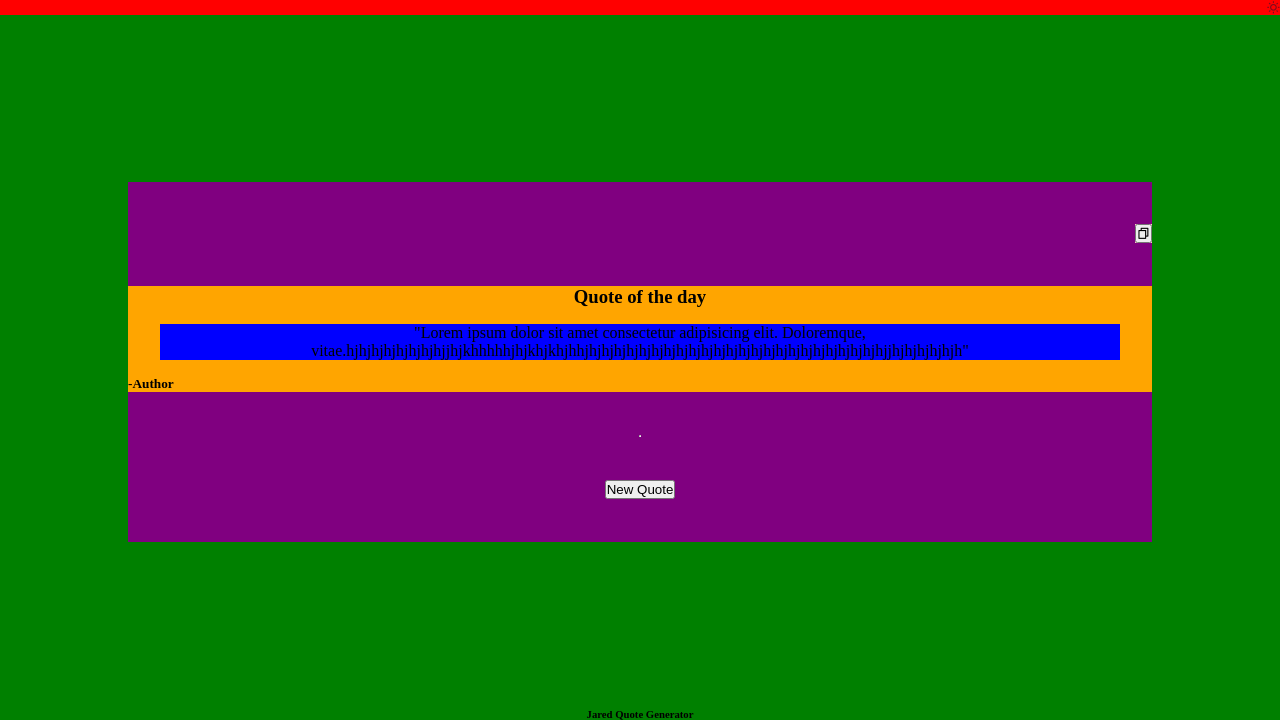
Repository: EguJaredoBoyd/Jared-Quote-Generator
Page: html/main.html
These files come from the project's save history. The page is drawn as it stood at one moment and after the next save; the edit follows.
The browser window is 1280 px wide. The pictures show the whole page.
Some web libraries are served in a nearby version.

Above is the page before, as saved 2026-01-09 00:57:47.

### html/main.html
<!DOCTYPE html>
<html lang="en">
  <head>
    <meta charset="UTF-8" />
    <meta name="viewport" content="width=device-width, initial-scale=1.0" />
    <link rel="stylesheet" href="../css/style.css" />
    <script src="../js/main.js" defer></script>
    <link
      href="https://cdn.jsdelivr.net/npm/remixicon@4.8.0/fonts/remixicon.css"
      rel="stylesheet"
    />
    <title>Document</title>
  </head>
  <body>
    <div class="container">
      <header>
        <button><i class="ri-sun-line"></i></button>
      </header>
      <main>
        <div class="quote-container">
          <div class="quote-container__copy">
            <button><i class="ri-file-copy-line"></i></button>
          </div>
          <div class="quote-container__quotes">
            <h3>Quote of the day</h3>
            <p>
              "Lorem ipsum dolor sit amet consectetur adipisicing elit.
              Doloremque,
              vitae.hjhjhjhjhjhjhjhjjhjkhhhhhjhjkhjkhjhhjhjhjhjhjhjhjhjhjhjhjhjhjhjhjhjhjhjhjhjhjhjhjhjhjjhjhjhjhjhjh"
            </p>
            <div>
              <h5>-Author</h5>
            </div>
          </div>
          <hr />
          <div>
            <button>New Quote</button>
          </div>
        </div>
      </main>
      <footer>
        <div>
          <h6>Jared Quote Generator</h6>
        </div>
      </footer>
    </div>
  </body>
</html>

### css/style.css
* {
  margin: 0;
  padding: 0;
  box-sizing: border-box;
}

:root {
  --background-color: #7b0d1e;
  --card-color: #f8e5ee;
  --text-color: black;
  --button-color: var(--background-color);
}

html {
  font-size: 16px;
}

.lighter-theme {
  --background-color: var(--card-color);
  --card-color: var(--background-color);
  --text-color: var(--text-color);
  --button-color: var(--button-color);
}

.container {
  background-color: green;
  height: 100vh;
  display: flex;
  flex-direction: column;
  justify-content: space-between;
  align-items: center;
}

header {
  display: flex;
  justify-content: flex-end;
  background-color: red;
  width: 100%;
}

header button {
  border: none;
  background: none;
  color: var(--button-color);
}

.quote-container {
  background-color: purple;
  display: flex;
  flex-direction: column;
  justify-content: space-evenly;
  align-items: center;
  height: 50vh;
  width: 80vw;
  max-width: 80vw;
}

.quote-container__copy {
  align-self: self-end;
  background-color: pink;
}

.quote-container__quotes {
  background-color: orange;
  max-width: 100%;
}

.quote-container__quotes h3 {
  text-align: center;
}

.quote-container__quotes p {
  background-color: blue;
  margin: 1rem 2rem;
  text-align: center;
}

Loaded but not shown: js/main.js (no copy from this time; the picture is the same without it)

After the next save:
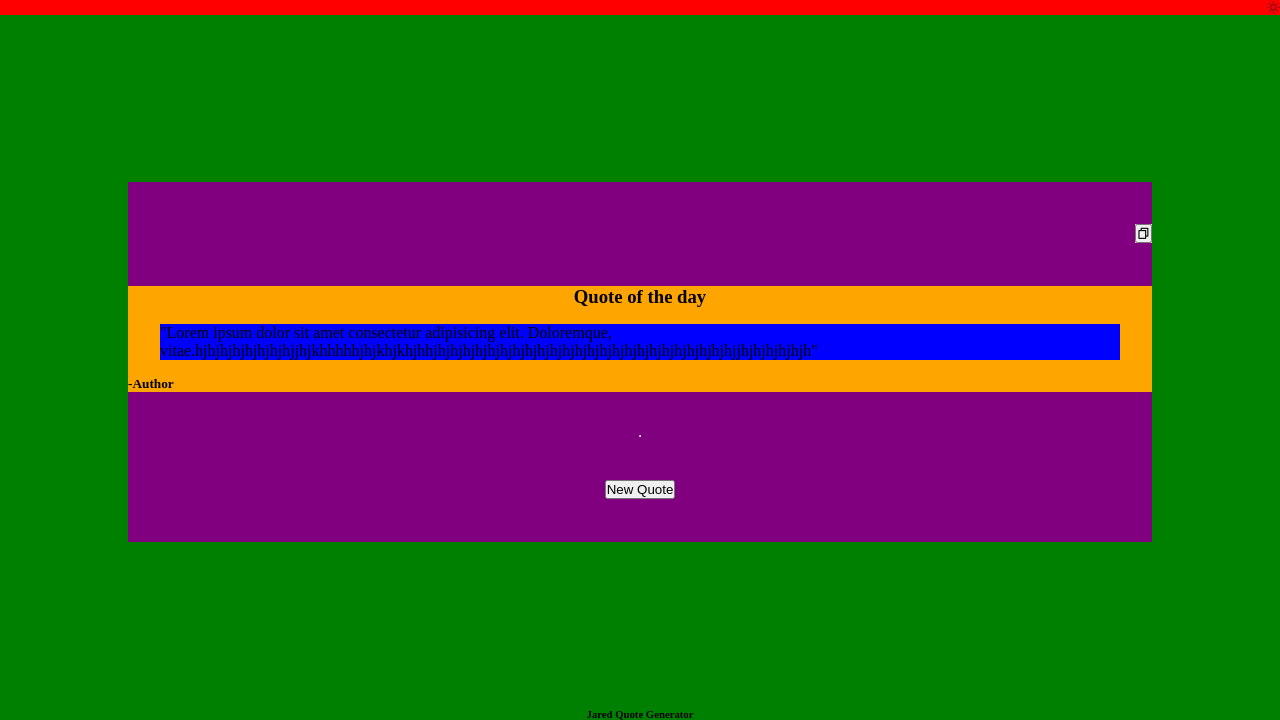
Saved 23 s later.
--- a/css/style.css
+++ b/css/style.css
@@ -72,5 +72,5 @@ header button {
 .quote-container__quotes p {
   background-color: blue;
   margin: 1rem 2rem;
-  text-align: center;
+  text-justify: center;
 }
